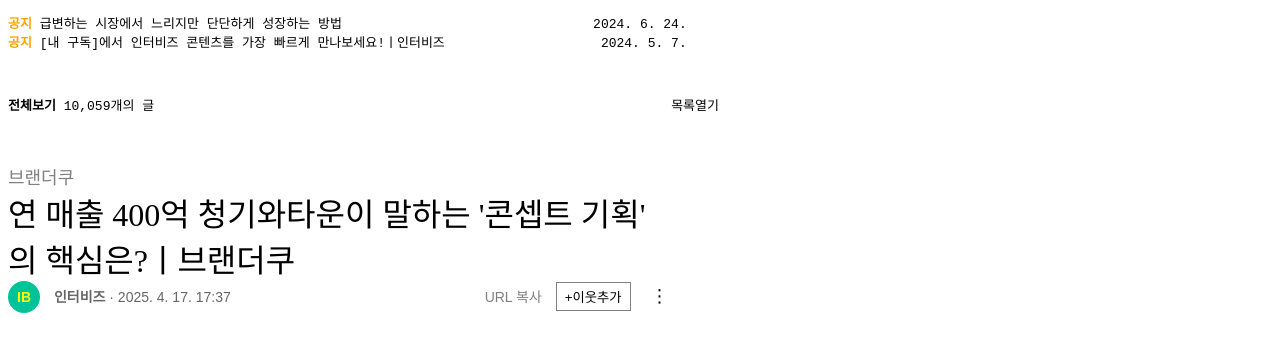
Repository: msgggg1/webPro
Page: webPro/src/main/webapp/html/days02/ex11.html
An editor plug-in stored every save of this project. The page is shown before and after the next save, followed by the edit.
The browser window is 1280 px wide. The pictures show the whole page.

Above is the page before, as saved 2025-04-22 15:19:12.

### webPro/src/main/webapp/html/days02/ex11.html
<!DOCTYPE html>
<html>
<head>
<meta charset="UTF-8">
<title>Insert title here</title>
<link rel="shortcut icon" type="image/x-icon" href="http://localhost/webPro/images/SiSt.ico">
<script src="https://ajax.googleapis.com/ajax/libs/jquery/3.7.1/jquery.min.js"></script>
<style>
	#list{
		color: black;
		text-decoration: none;
	}
	#list:hover{
		text-decoration: underline;
	}
	a{
		text-decoration: none;
	}
	a:hover{
		text-decoration: underline;
	}
	a:visited {
		color: gray;
	}
</style>
</head>
<body>
<!-- https://blog.naver.com/PostView.naver?blogId=businessinsight&logNo=223837748542&proxyReferer=&noTrackingCode=true -->
<pre>
<font color="orange"><b>공지</b></font> 급변하는 시장에서 느리지만 단단하게 성장하는 방법                 	           2024. 6. 24. <!-- 줄 간격 맞추기 -->
<font color="orange"><b>공지</b></font> [내 구독]에서 인터비즈 콘텐츠를 가장 빠르게 만나보세요!ㅣ인터비즈 		    2024. 5. 7.
</pre>
<br>
<pre>
<b>전체보기</b> 10,059개의 글							     	     <a href="" id="list">목록열기</a>
</pre>
<br>
<br>
<font size="4" color="gray"><a href="">브랜더쿠</a></font>
<br>
<font size="6">연 매출 400억 청기와타운이 말하는 '콘셉트 기획'<br>의 핵심은?ㅣ브랜더쿠</font>
<font style="font-family: sans-serif; font-size: 14px;">
<br>

  <span style="display: inline-block; width: 32px; height: 32px; background-color: #00c39a; color: yellow; border-radius: 50%; text-align: center; line-height: 32px; font-weight: bold;">
    IB
  </span>

  <span style="margin-left: 10px; color: #666;">
  <b>인터비즈</b> · 2025. 4. 17. 17:37
</span>

<a href="" style="margin-left: 250px; color: gray; text-decoration: none;">URL 복사</a>

<button style="margin-left: 10px; border: 1px solid gray; padding: 4px 8px; background: white; cursor: pointer;">
  +이웃추가
</button>

<button style="margin-left: 10px; border: none; background: none; font-size: 18px; cursor: pointer;">
  ⋮
</button>


</font>


</body>
</html>

After the next save:
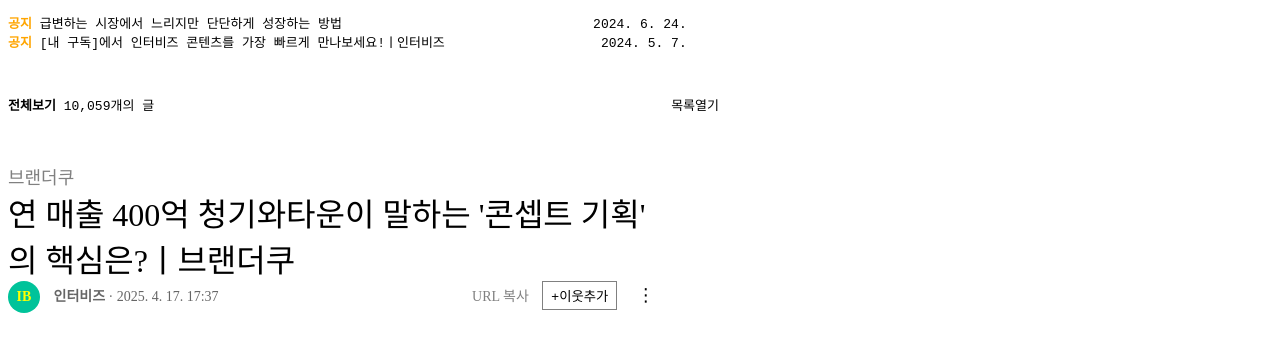
Saved 2 min 23 s later.
--- a/webPro/src/main/webapp/html/days02/ex11.html
+++ b/webPro/src/main/webapp/html/days02/ex11.html
@@ -39,7 +39,7 @@
 <font size="4" color="gray"><a href="">브랜더쿠</a></font>
 <br>
 <font size="6">연 매출 400억 청기와타운이 말하는 '콘셉트 기획'<br>의 핵심은?ㅣ브랜더쿠</font>
-<font style="font-family: sans-serif; font-size: 14px;">
+<font style="font-size: 14px;">
 <br>
 
   <span style="display: inline-block; width: 32px; height: 32px; background-color: #00c39a; color: yellow; border-radius: 50%; text-align: center; line-height: 32px; font-weight: bold;">
@@ -52,11 +52,11 @@
 
 <a href="" style="margin-left: 250px; color: gray; text-decoration: none;">URL 복사</a>
 
-<button style="margin-left: 10px; border: 1px solid gray; padding: 4px 8px; background: white; cursor: pointer;">
+<button style="margin-left: 10px; border: 1px solid gray; padding: 4px 8px; background: white;">
   +이웃추가
 </button>
 
-<button style="margin-left: 10px; border: none; background: none; font-size: 18px; cursor: pointer;">
+<button style="margin-left: 10px; border: none; background: none; font-size: 18px;">
   ⋮
 </button>
 
